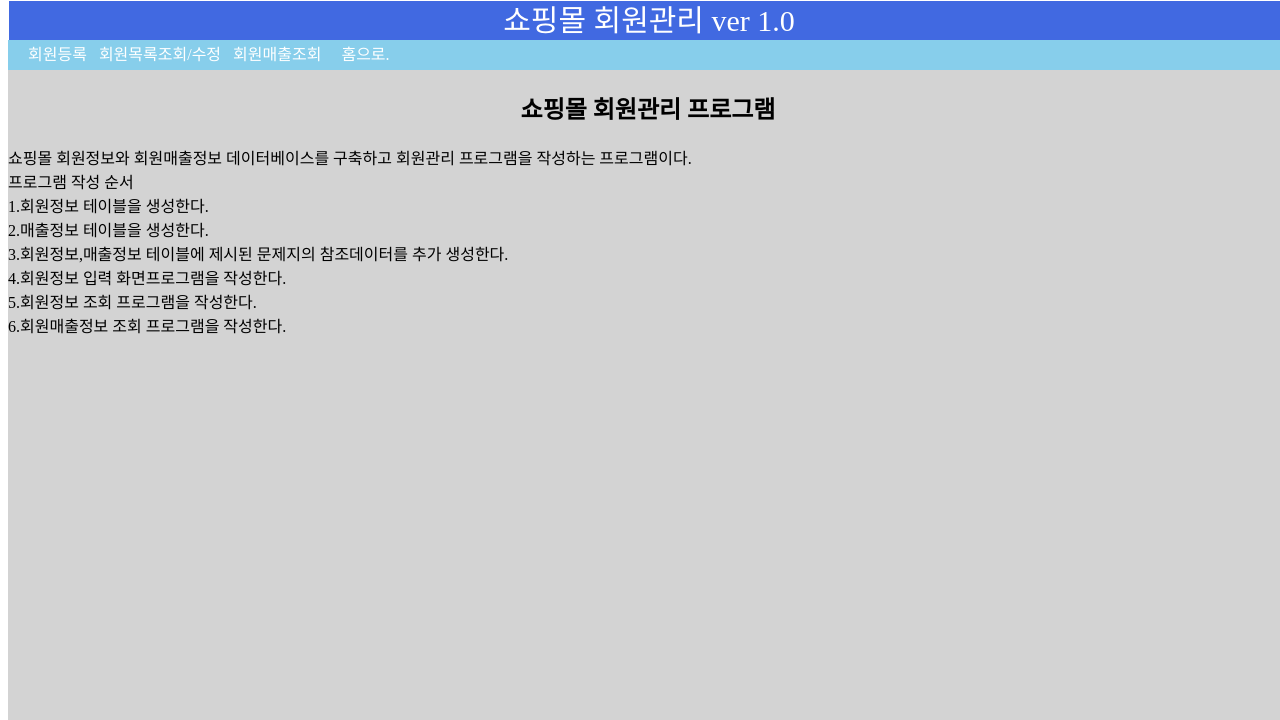
Repository: GotChun/license_practice
Page: http://localhost/HRD_8155/
The author's editor kept a copy of each file at every save. The page is drawn from the files as they stood at one save, then again after the next save.
The browser window is 1280 px wide. The pictures show the whole page.
The page is served by Tomcat 9. Other server files are loaded and not shown.

Above is the page before, as saved 2025-02-18 14:25:45.

### HRD_8155/src/main/webapp/index.jsp
<%@ page language="java" contentType="text/html; charset=UTF-8"
    pageEncoding="UTF-8"%>
<!DOCTYPE html>
<html>
<head>
<meta charset="UTF-8">
<title>index</title>
</head>
<body>
	<header style=" position: fixed; top:0px; width: 100%; height:40px;
	 border:1px solid; background-color:royalblue; text-align: center; line-height:40px; font-size:30px; color:white;">쇼핑몰 회원관리 ver 1.0	</header>

	 <nav style="position:fixed; top:40px; width:100%; height:30px; line-height:30px;
	 background-color:skyblue; color:white; padding-left:20px;">회원등록&nbsp;&nbsp;  회원목록조회/수정&nbsp;&nbsp;  회원매출조회&nbsp;&nbsp;&nbsp;&nbsp;  홈으로. </nav>

	 <section style="position:fixed; top:70px; width:100%; height:100%;
	 background-color:lightgray; ">
	 	<h2 style="text-align:center; "> <b>쇼핑몰 회원관리 프로그램</b><br></h2>
	 	쇼핑몰 회원정보와 회원매출정보 데이터베이스를 구축하고 회원관리 프로그램을 작성하는 프로그램이다.<br>
	 	프로그램 작성 순서<br>
	 	1.회원정보 테이블을 생성한다.<br>
	 	2.매출정보 테이블을 생성한다.<br>
	 	3.회원정보,매출정보 테이블에 제시된 문제지의 참조데이터를 추가 생성한다.<br>
	 	4.회원정보 입력 화면프로그램을 작성한다.<br>
	 	5.회원정보 조회 프로그램을 작성한다.<br>
	 	6.회원매출정보 조회 프로그램을 작성한다.<br>
	 </section>

</body>
</html>

After the next save:
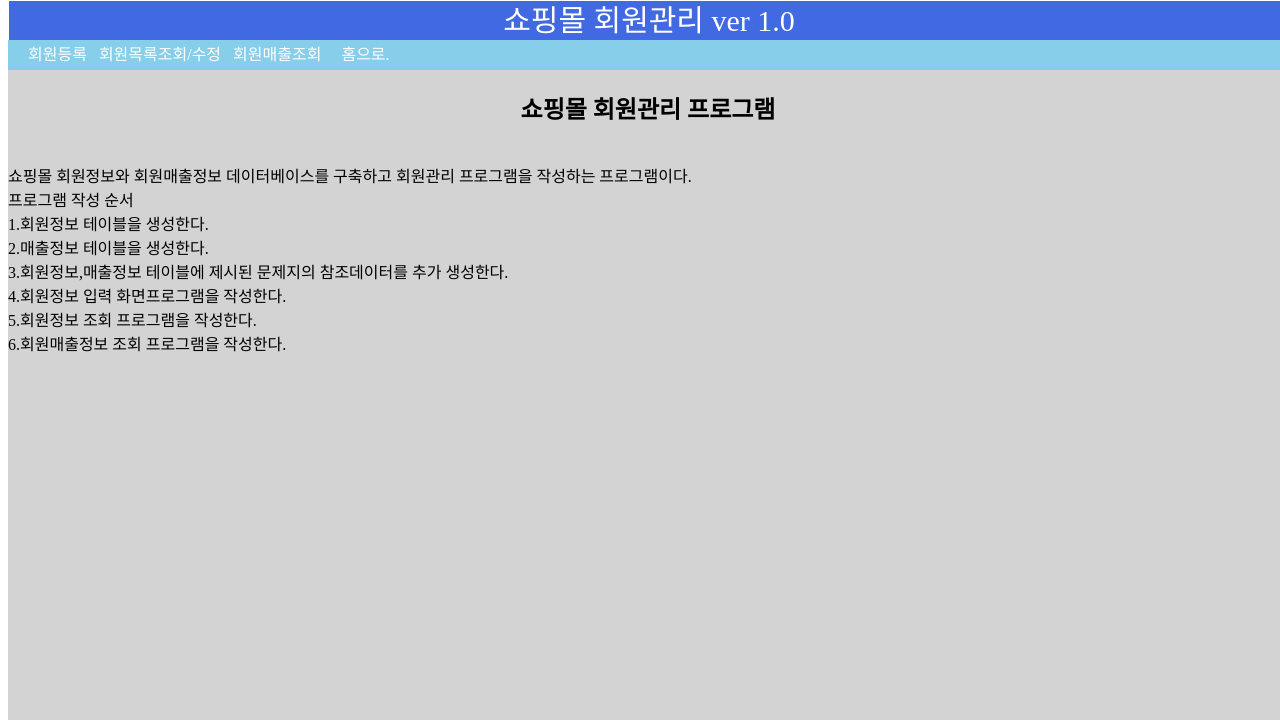
Saved 12 s later.
--- a/HRD_8155/src/main/webapp/index.jsp
+++ b/HRD_8155/src/main/webapp/index.jsp
@@ -15,7 +15,7 @@
 
 	 <section style="position:fixed; top:70px; width:100%; height:100%;
 	 background-color:lightgray; ">
-	 	<h2 style="text-align:center; "> <b>쇼핑몰 회원관리 프로그램</b><br></h2>
+	 	<h2 style="text-align:center; "> <b>쇼핑몰 회원관리 프로그램</b></h2><br>
 	 	쇼핑몰 회원정보와 회원매출정보 데이터베이스를 구축하고 회원관리 프로그램을 작성하는 프로그램이다.<br>
 	 	프로그램 작성 순서<br>
 	 	1.회원정보 테이블을 생성한다.<br>
